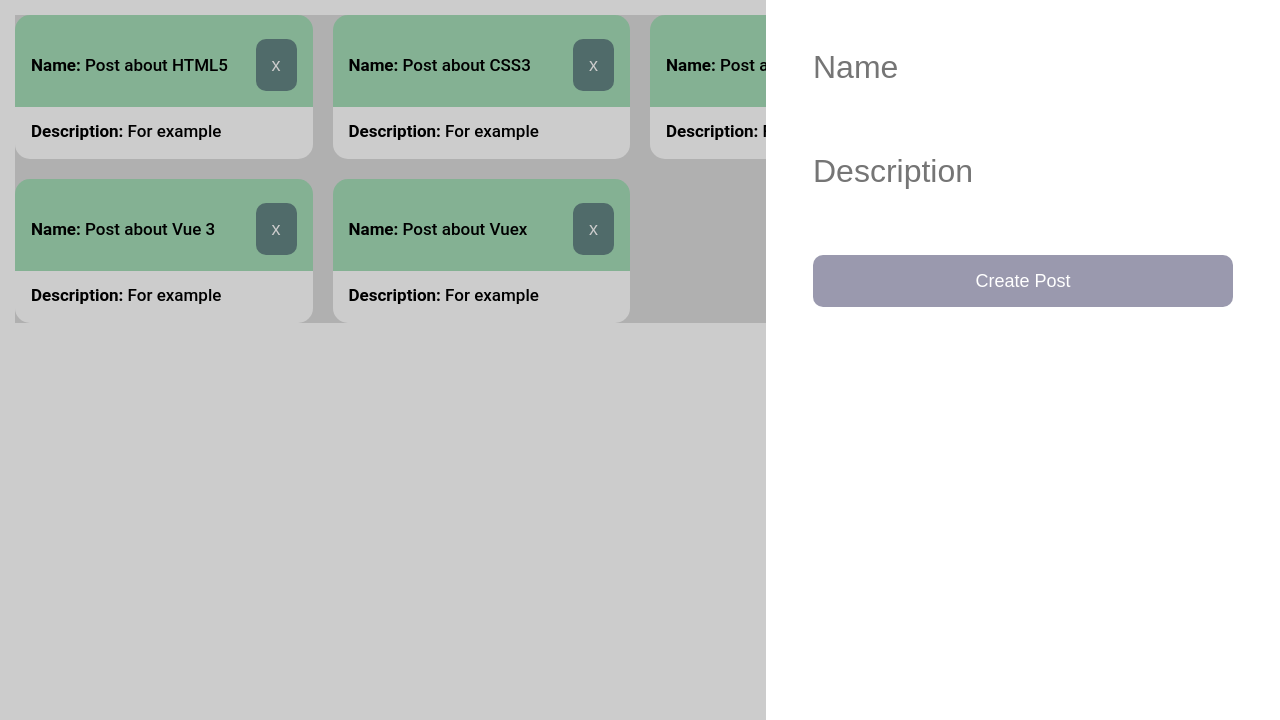
Repository: Axeliriya/vue-todo
Page: /
The author's editor kept a copy of each file at every save. The page is drawn from the files as they stood at one save, then again after the next save.
The browser window is 1280 px wide. The pictures show the whole page.
The project was rebuilt for these pictures with package versions that can differ from the ones it lists, and the page was loaded fresh each time. Also part of the build but not shown: vue.config.js.

Above is the page before, as saved 2022-04-01 20:53:18.

### public/index.html
<!DOCTYPE html>
<html lang="">
  <head>
    <meta charset="utf-8">
    <meta name="viewport" content="width=device-width,initial-scale=1.0">
    <link rel="icon" href="<%= BASE_URL %>favicon.ico">
    <title>Todo</title>
  </head>
  <body>
    <div id="app"></div>
  </body>
</html>

### src/App.vue
<template>
  <div class="app">
    <post-list :posts="posts" />
    <post-modal><post-form @create="createPost" /></post-modal>
  </div>
</template>

<script>
import PostList from '@/components/PostList';
import PostModal from '@/components/PostModal';
import PostForm from '@/components/PostForm';

export default {
  components: {
    PostList,
    PostModal,
    PostForm,
  },
  data() {
    return {
      posts: [
        { id: Date.now(), title: 'Post about HTML5', body: 'For example' },
        { id: Date.now() + 1, title: 'Post about CSS3', body: 'For example' },
        { id: Date.now() + 2, title: 'Post about React', body: 'For example' },
        { id: Date.now() + 3, title: 'Post about Redux', body: 'For example' },
        { id: Date.now() + 4, title: 'Post about Vue 3', body: 'For example' },
        { id: Date.now() + 5, title: 'Post about Vuex', body: 'For example' },
      ],
    };
  },
  methods: {
    createPost(post) {
      this.posts.push(post);
    },
  },
};
</script>

<style>
* {
  margin: 0;
  padding: 0;
  box-sizing: border-box;
}

body {
  font-family: 'Roboto', sans-serif;
}

ul {
  list-style-type: none;
}

img {
  display: block;
  width: 100%;
  height: auto;
}

.app {
  padding: 15px;
}
</style>

### src/components/PostList.vue
<template>
  <ul class="posts">
    <post-item v-for="post in posts" :post="post" :key="post.id" />
  </ul>
</template>

<script>
import PostItem from '@/components/PostItem';

export default {
  components: {
    PostItem,
  },
  props: {
    posts: {
      type: Array,
      required: true,
    },
  },
};
</script>

<style scoped>
.posts {
  display: grid;
  grid-template-columns: repeat(4, 1fr);
  gap: 20px;
  background-color: gainsboro;
}
</style>

### src/components/PostModal.vue
<template>
  <div class="overlay">
    <div class="modal">
      <slot></slot>
    </div>
  </div>
</template>

<script>
export default {};
</script>

<style scoped>
.overlay {
  position: fixed;
  top: 0;
  left: 0;
  width: 100%;
  height: 100vh;
  background-color: rgb(0, 0, 0, 0.2);
  display: flex;
  justify-content: end;
}

.modal {
  padding: 15px;
  background-color: #fff;
}
</style>

### src/components/PostForm.vue
<template>
  <form class="form" @submit.prevent>
    <input v-model="post.title" class="input" type="text" placeholder="Name" />
    <input
      v-model="post.body"
      class="input"
      type="text"
      placeholder="Description"
    />
    <div @click="createPost" class="button__wrapper">
      <button class="button" @click="createPost">Create Post</button>
    </div>
  </form>
</template>

<script>
export default {
  data() {
    return {
      post: {
        title: '',
        body: '',
      },
    };
  },
  methods: {
    createPost() {
      this.post.id = Date.now();
      this.$emit('create', this.post);
      this.post = {
        title: '',
        body: '',
      };
    },
  },
};
</script>

<style scoped>
.form {
  display: grid;
  grid-template-columns: 1fr;
}

.input {
  background-color: transparent;
  border: none;
  padding: 32px;
  font-weight: 400;
  font-size: 32px;
  line-height: 40px;
}

.button__wrapper {
  padding: 32px;
}

.button {
  width: 100%;
  border: none;
  background: rgb(3, 2, 53, 0.4);
  border-radius: 10px;
  padding: 16px;
  color: #ffffff;
  font-weight: 500;
  font-size: 18px;
  line-height: 20px;
  cursor: pointer;
}

.button:hover {
  background: rgb(3, 2, 53, 0.5);
}
</style>

### src/components/PostItem.vue
<template>
  <li class="post">
    <div class="post__title">
      <div><strong>Name: </strong>{{ post.title }}</div>
      <div>
        <button class="post__button">{{ ' ' }}x {{ ' ' }}</button>
      </div>
    </div>
    <div class="post__description">
      <strong>Description: </strong>{{ post.body }}
    </div>
  </li>
</template>

<script>
export default {
  props: {
    post: {
      type: Object,
      required: true,
    },
  },
};
</script>

<style scoped>
.post {
  border-radius: 15px;
  font-weight: 500;
  font-size: 17px;
  line-height: 24px;
}

.post__title {
  display: flex;
  flex-direction: row;
  justify-content: space-between;
  align-items: center;
  padding: 24px 16px 16px 16px;
  border-radius: 15px 15px 0 0;
  background-color: #a5ddb8;
}

.post__description {
  padding: 12px 16px 16px 16px;
  border-radius: 0 0 15px 15px;
  background-color: #ffffff;
}

.post__button {
  width: 100%;
  border: none;
  background: rgb(3, 2, 53, 0.4);
  border-radius: 10px;
  padding: 16px;
  color: #ffffff;
  font-weight: 500;
  font-size: 18px;
  line-height: 20px;
  cursor: pointer;
}

.post__button:hover {
  background: rgb(3, 2, 53, 0.5);
}
</style>

Loaded but not shown: src/main.js (common file)

After the next save:
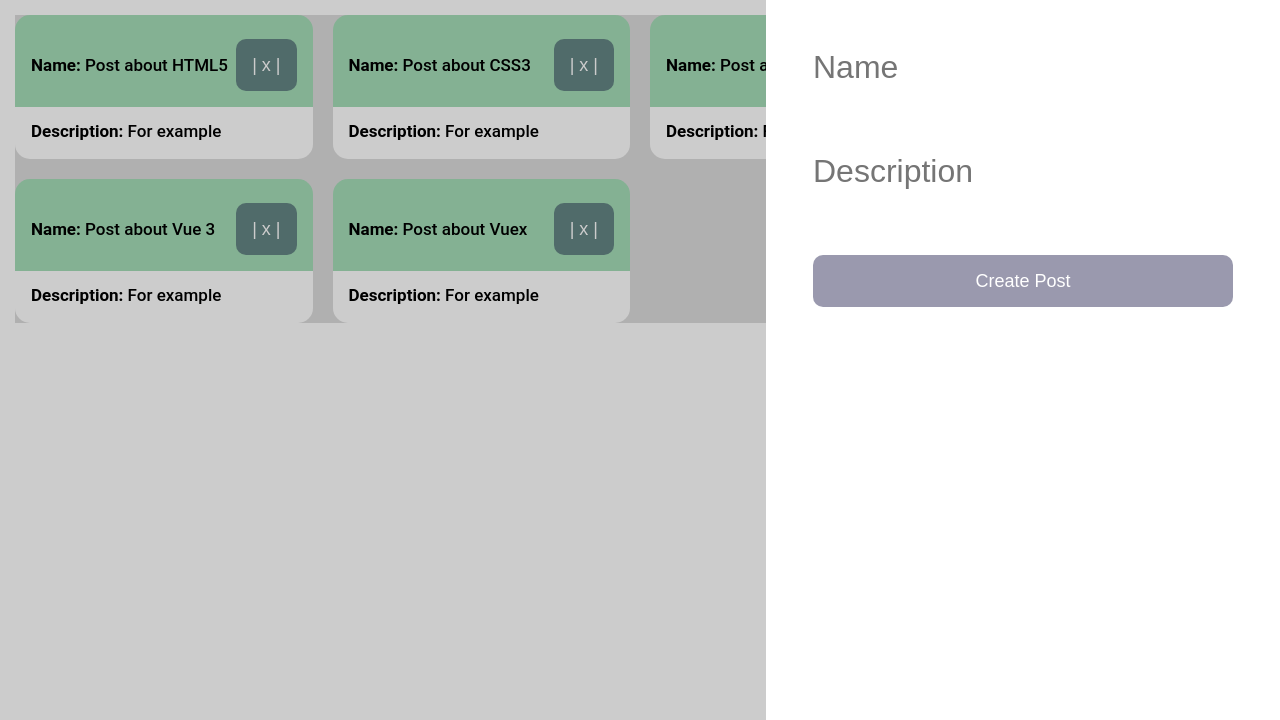
Saved 39 s later.
--- a/src/components/PostItem.vue
+++ b/src/components/PostItem.vue
@@ -3,7 +3,7 @@
     <div class="post__title">
       <div><strong>Name: </strong>{{ post.title }}</div>
       <div>
-        <button class="post__button">{{ ' ' }}x {{ ' ' }}</button>
+        <button class="post__button">|{{ ' ' }}x {{ ' ' }}|</button>
       </div>
     </div>
     <div class="post__description">
